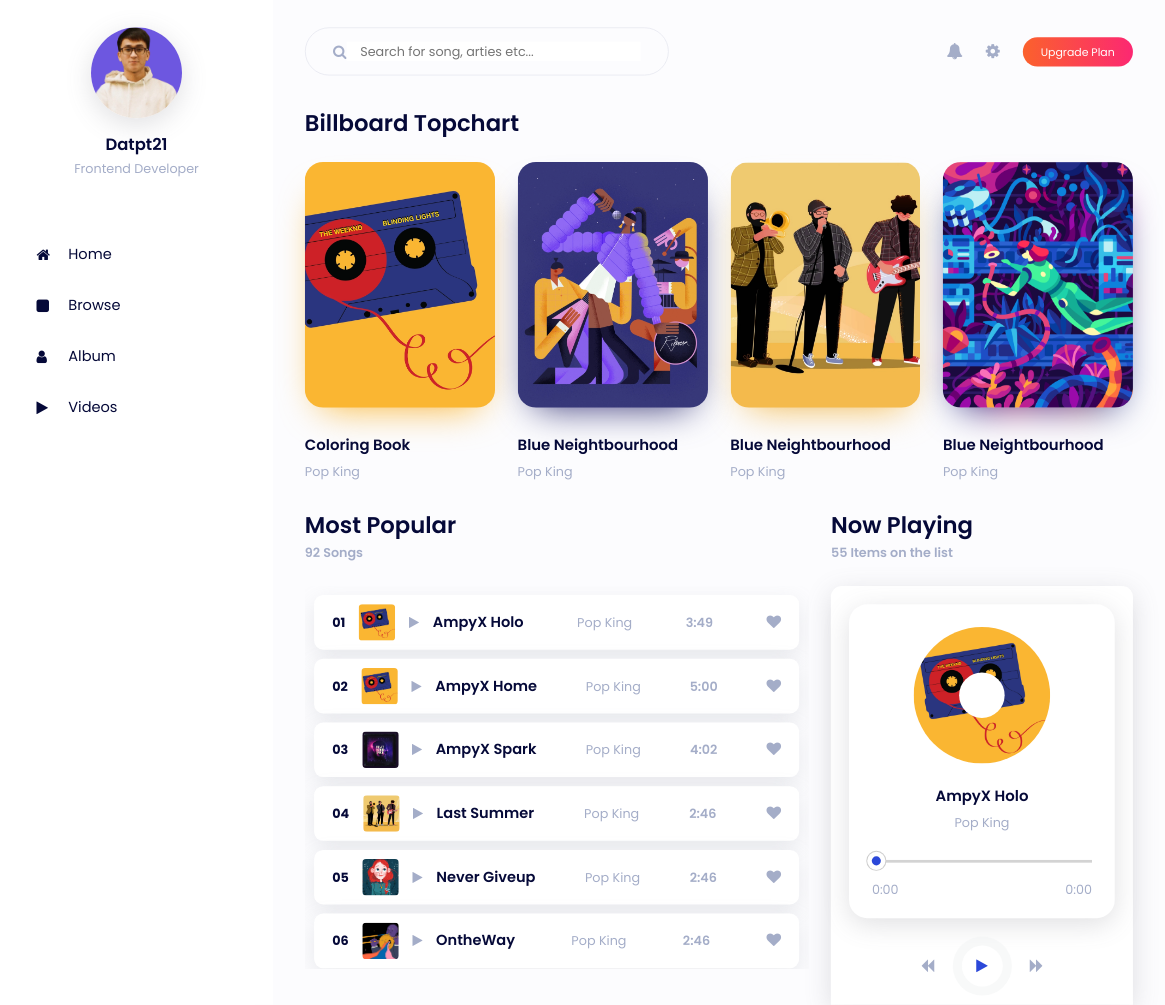
Repository: Datt21/music-webapp
Page: index.html
These files come from the project's save history. The page is drawn as it stood at one moment and after the next save; the edit follows.
The browser window is 1280 px wide. The pictures show the whole page, at 91% of full size.
The style sheet was rebuilt from its Sass, Less or Tailwind sources for each picture, by a compiler version that may differ from the author's.

Above is the page before, as saved 2021-09-18 18:55:11.

### index.html
<!DOCTYPE html>
<html lang="en">
  <head>
    <meta charset="UTF-8" />
   <meta http-equiv="X-UA-Compatible" content="IE=edge" />
    <meta name="viewport" content="width=device-width, initial-scale=1.0" />
    <title>Music player</title>
    <link rel="preconnect" href="https://fonts.gstatic.com" />
    <link
      href="https://fonts.googleapis.com/css2?family=Poppins:wght@300;400;600;700&display=swap"
      rel="stylesheet"
    />
    <link
      rel="stylesheet"
      href="https://stackpath.bootstrapcdn.com/font-awesome/4.7.0/css/font-awesome.min.css"
    />
    <link rel="stylesheet" href="./app.css" />
  </head>
  <body>
    <div class="wrapper">
      <div class="sidebar">
        <div class="profile">
          <img
            src="./images/img-me.jpg"
            alt=""
            class="profile-avatar"
          />
          <h3 class="profile-name">Datpt21</h3>
          <span class="profile-position">Frontend Developer</span>
        </div>
        <ul class="menu">
          <li class="menu-item">
            <a href="#" class="menu-link"
              ><i class="fa fa-home menu-icon"></i><span>Home</span></a
            >
          </li>
          <li class="menu-item">
            <a href="#" class="menu-link"
              ><i class="fa fa-square menu-icon"></i><span>Browse</span></a
            >
          </li>
          <li class="menu-item">
            <a href="#" class="menu-link"
              ><i class="fa fa-user menu-icon"></i><span>Album</span></a
            >
          </li>
          <li class="menu-item">
            <a href="#" class="menu-link"
              ><i class="fa fa-play menu-icon"></i><span>Videos</span></a
            >
          </li>
        </ul>
      </div>
      <div class="main">
        <div class="header">
          <div class="search">
            <i class="search-icon fa fa-search"></i>
            <input
              type="text"
              inputmode="search"
              placeholder="Search for song, arties etc..."
              class="search-input"
            />
          </div>
          <div class="tool">
            <i class="fa fa-bell tool-icon"></i>
            <i class="tool-icon fa fa-cog"></i>
            <a href="#" class="upgrade">Upgrade plan</a>
          </div>
        </div>
        <div class="block-box">
          <h2 class="heading">Billboard Topchart</h2>
        </div>
        <div class="billboard-list">
          <div class="billboard-item">
            <div class="billboard-media">
              <img
                src="./images/diadon.jpg"
                alt="billboard image"
                class="billboard-image"
              />
              <img
                src="./images/diadon.jpg"
                alt="billboard image"
                class="billboard-image-shadow"
              />
            </div>
            <h3 class="billboard-title title">Coloring Book</h3>
            <a href="#" class="billboard-author author">Pop King</a>
          </div>
          <div class="billboard-item">
            <div class="billboard-media">
              <img
                src="./images/musicsingle.jpg"
                alt="billboard image"
                class="billboard-image"
              />
              <img
                src="./images/musicsingle.jpg"
                alt="billboard image"
                class="billboard-image-shadow"
              />
            </div>
            <h3 class="billboard-title title">Blue neightbourhood</h3>
            <a href="#" class="billboard-author author">Pop King</a>
          </div>
          <div class="billboard-item">
            <div class="billboard-media">
              <img
                src="./images/musicband.jpg"
                alt="billboard image"
                class="billboard-image"
              />
              <img
                src="./images/musicband.jpg"
                alt="billboard image"
                class="billboard-image-shadow"
              />
            </div>
            <h3 class="billboard-title title">Blue neightbourhood</h3>
            <a href="#" class="billboard-author author">Pop King</a>
          </div>
          <div class="billboard-item">
            <div class="billboard-media">
              <img
                src="./images/topic.png"
                alt="billboard image"
                class="billboard-image"
              />
              <img
                src="./images/topic.png"
                alt="billboard image"
                class="billboard-image-shadow"
              />
            </div>
            <h3 class="billboard-title title">Blue neightbourhood</h3>
            <a href="#" class="billboard-author author">Pop King</a>
          </div>
        </div>
        <div class="content">
          <div class="content-item">
            <div class="block-box">
              <h2 class="heading">Most popular</h2>
              <span class="count">92 Songs</span>
            </div>
            <div class="song-list">

            <div class="song" data-index="0">
              <span class="song-index">01</span>
              <img
                src="./images/diadon.jpg"
                alt=""
                class="song-image"
              />
              <i class="fa fa-play song-play"></i>
              <h4 class="song-title">AmpyX Holo</h4>
              <h5 class="song-album">Pop King</h5>
              <time class="song-time">3:49</time>
              <label for="love" class="song-love">
                <input type="checkbox" name="love" id="love" />
                <i class="fa fa-heart song-heart"></i>
              </label>
            </div>
            <div class="song" data-index="1">
              <span class="song-index">02</span>
              <img
                src="./images/diadon.jpg"
                alt=""
                class="song-image"
              />
              <i class="fa fa-play song-play"></i>
              <h4 class="song-title">AmpyX Home</h4>
              <h5 class="song-album">Pop King</h5>
              <time class="song-time">5:00</time>
              <label for="love1" class="song-love">
                <input type="checkbox" name="love" id="love1" />
                <i class="fa fa-heart song-heart"></i>
              </label>
            </div>
            <div class="song" data-index="2">
              <span class="song-index">03</span>
              <img
                src="./images/Beat.jpg"
                alt=""
                class="song-image"
              />
              <i class="fa fa-play song-play"></i>
              <h4 class="song-title">AmpyX Spark</h4>
              <h5 class="song-album">Pop King</h5>
              <time class="song-time">4:02</time>
              <label for="love2" class="song-love">
                <input type="checkbox" name="love" id="love2" />
                <i class="fa fa-heart song-heart"></i>
              </label>
            </div>
            <div class="song" data-index="3">
              <span class="song-index">04</span>
              <img
                src="./images/musicband.jpg"
                alt=""
                class="song-image"
              />
              <i class="fa fa-play song-play"></i>
              <h4 class="song-title">Last Summer</h4>
              <h5 class="song-album">Pop King</h5>
              <time class="song-time">2:46</time>
              <label for="love3" class="song-love">
                <input type="checkbox" name="love" id="love3" />
                <i class="fa fa-heart song-heart"></i>
              </label>
            </div>
            <div class="song" data-index="4">
              <span class="song-index">05</span>
              <img
                src="./images/Anne.jpg"
                alt=""
                class="song-image"
              />
              <i class="fa fa-play song-play"></i>
              <h4 class="song-title">Never Giveup</h4>
              <h5 class="song-album">Pop King</h5>
              <time class="song-time">2:46</time>
              <label for="love3" class="song-love">
                <input type="checkbox" name="love" id="love3" />
                <i class="fa fa-heart song-heart"></i>
              </label>
            </div>
            <div class="song" data-index="5">
              <span class="song-index">06</span>
              <img
                src="./images/single.jpg"
                alt=""
                class="song-image"
              />
              <i class="fa fa-play song-play"></i>
              <h4 class="song-title">OntheWay </h4>
              <h5 class="song-album">Pop King</h5>
              <time class="song-time">2:46</time>
              <label for="love3" class="song-love">
                <input type="checkbox" name="love" id="love3" />
                <i class="fa fa-heart song-heart"></i>
              </label>
            </div>
          </div>

          </div>
          <div class="content-item">
            <div class="block-box">
              <h2 class="heading">Now playing</h2>
              <span class="count">55 Items on the list</span>
            </div>
            <div class="player">
              <div class="player-box">
                <div class="player-media">
                  <img
                    src="./images/diadon.jpg"
                    alt=""
                    class="player-image"
                  />
                  </div>
                  <h3 class="player-title title">AmpyX Holo</h3>
                  <span class="player-author author">Pop King</span>
                  <div class="progress">
                    <input
                        type="range"
                        id="progress-bar"
                        min="0"
                        max=""
                        value="0"
                        class="bar"
                    />
                    <audio src="./files/holo.mp3" id="song"></audio>
                  </div>
                  <div class="player-number">
                    <span class="player-duration">0:00</span>
                    <span class="player-remaining">0:00</span>
                  </div>
                </div>
                <div class="player-tool">
                  <i class="fa fa-backward player-prev"></i>
                  <i class="fa fa-play player-play"></i>
                  <i class="fa fa-forward player-next"></i>
                </div>
              </div>
            </div>
          </div>
        </div>
      </div>
    </div>
    <script src="./app.js"></script>
  </body>
</html>

### app.scss
$gray: #050938;
$gray-light: #a4adc8;
$primary: #2b48d9;
$orange: #fb612c;
$red: #fc2872;
html {
    box-sizing: border-box;
}
* {
    margin: 0;
    padding: 0;
}
*,
*:before,
*:after {
    box-sizing: border-box;
}
input,
textarea,
select,
button {
    outline: none;
    font-family: "Poppins", sans-serif;
    font-size: 14px;
    line-height: normal;
}
input {
    line-height: normal;
}
label,
button {
    cursor: pointer;
}
a {
    text-decoration: none;
}
img {
    display: block;
    max-width: 100%;
}
ul {
    list-style: none;
}
body {
    font-family: "Poppins", sans-serif;
    font-size: 14px;
    line-height: 1;
    background-color: white;
    color: $gray-light;
    -webkit-font-smoothing: antialiased;
    -moz-osx-font-smoothing: grayscale;
    max-width: 1920px;
    margin: 0 auto;
}
.wrapper {
    display: grid;
    grid-template-columns: 300px 1fr;
    grid-gap: 0;
    background-color: #fcfcfe;
    min-height: 100vh;
}
.sidebar {
    padding: 30px;
    background-color: white;
}
.profile {
    text-align: center;
    margin-bottom: 70px;
    &-avatar {
        width: 100px;
        height: 100px;
        border-radius: 100rem;
        object-fit: cover;
        margin: 0 auto 20px;
        box-shadow: rgba(100, 100, 111, 0.2) 0px 7px 29px 0px;
    }
    &-name {
        font-weight: 600;
        font-size: 18px;
        color: $gray;
        margin-bottom: 10px;
    }
}
.menu {
    &-item {
        margin-bottom: 20px;
    }
    &-link {
        display: flex;
        align-items: center;
        padding: 10px;
        color: $gray;
        font-size: 16px;
    }
    &-link:hover {
        color: $primary;
    }
    &-icon {
        width: 20px;
        margin-right: 15px;
    }
}
.main {
    padding: 30px 35px 0;
}
.header {
    display: flex;
    justify-content: space-between;
    align-items: center;
    margin-bottom: 40px;
}
.search {
    padding: 15px 30px;
    border: 1px solid #e9ebf2;
    border-radius: 100px;
    display: flex;
    align-items: center;
    width: 100%;
    max-width: 400px;
}
.search-icon {
    flex: 1;
    font-size: 16px;
}
.search-input {
    border: 0;
    outline: none;
    width: 100%;
    padding: 0 15px;
}
.tool {
    font-size: 18px;
    display: flex;
    align-items: center;
}
.tool-icon {
    margin-right: 25px;
}
.upgrade {
    display: inline-block;
    padding: 10px 20px;
    color: white;
    text-align: center;
    background-image: linear-gradient(to right, $orange, $red);
    border-radius: 50px;
    font-size: 12px;
    text-transform: capitalize;
}
.block-box {
    margin-bottom: 30px;
}
.heading {
    font-size: 25px;
    color: $gray;
    margin-bottom: 10px;
    font-weight: 600;
    text-transform: capitalize;
}
.count {
    font-weight: 600;
}
.billboard-list {
    display: grid;
    grid-template-columns: repeat(4, 1fr);
    grid-gap: 25px;
    margin-bottom: 40px;
}
.billboard-media {
    position: relative;
}
.billboard-image {
    width: 100%;
    height: 270px;
    border-radius: 20px;
    object-fit: cover;
    // box-shadow: rgba(100, 100, 111, 0.2) 0px 7px 29px 0px;
    margin-bottom: 30px;
    position: relative;
    z-index: 2;
}
.billboard-image-shadow {
    position: absolute;
    top: 20px;
    left: 0;
    filter: blur(24px);
    width: 100%;
    height: 100%;
    border-radius: 20px;
    transform: scale(0.85);
}
.title {
    margin-bottom: 10px;
    color: $gray;
    font-weight: 600;
    text-transform: capitalize;
    display: -webkit-box;
    -webkit-line-clamp: 1;
    -webkit-box-orient: vertical;
    overflow: hidden;
    text-overflow: ellipsis;
    word-break: break-word;
    line-height: 1.4;
}
.author {
    text-transform: capitalize;
    color: $gray-light;
}
.content {
    display: grid;
    grid-template-columns: 2fr 1.2fr;
    grid-gap: 25px;
}
.song {
    padding: 10px 20px;
    background-color: white;
    border-radius: 10px;
    box-shadow: rgba(149, 157, 165, 0.2) 0px 8px 24px;
    display: flex;
    align-items: center;
    margin-bottom: 10px;
    cursor: pointer;
}
.song *:not(.song-love) {
    pointer-events: none;
}
.song-list {
    padding: 10px;
    max-height: 420px;
    overflow-y: auto;
    -ms-overflow-style: none;
    scrollbar-width: none;
    &::-webkit-scrollbar {
        display: none;
    }
}
.song-index {
    font-weight: bold;
    color: $gray;
    margin-right: 15px;
}
.song-image {
    width: 40px;
    height: 40px;
    border-radius: 4px;
    object-fit: cover;
    flex-shrink: 0;
}
.song-play {
    margin: 0 15px;
}
.song-title {
    font-weight: 600;
    font-size: 16px;
    color: $gray;
}
.song-album {
    font-weight: 400;
    font-size: 14px;
    margin-left: auto;
}
.song-time {
    margin: 0 auto;
    font-weight: 400;
    font-weight: 600;
}
.song-love {
    cursor: pointer;
    font-size: 16px;
    input {
        display: none;
    }
    input:checked + .song-heart {
        color: $red;
    }
}
.player {
    background-color: white;
    padding: 20px;
    border-radius: 12px 12px 0 0;
    box-shadow: rgba(100, 100, 111, 0.2) 0px 7px 29px 0px;
}
.player-box {
    box-shadow: rgba(100, 100, 111, 0.2) 0px 7px 29px 0px;
    padding: 25px;
    display: flex;
    align-items: center;
    justify-content: center;
    flex-direction: column;
    text-align: center;
    border-radius: 20px;
    max-width: 300px;
    margin: 0 auto 30px;
}
.player-media {
    position: relative;
    width: 150px;
    height: 150px;
    border-radius: 100rem;
    margin-bottom: 25px;
    &:before {
        content: "";
        width: 50px;
        height: 50px;
        background-color: white;
        border-radius: 100px;
        position: absolute;
        top: 50%;
        left: 50%;
        transform: translate(-50%, -50%);
        z-index: 10;
    }
}
.player-image {
    width: 100%;
    height: 100%;
    object-fit: cover;
    border-radius: inherit;
}
.player-image.is-playing {
    animation: rotate 10s forwards infinite linear;
}
@keyframes rotate {
    to {
        transform: rotate(360deg);
    }
}
.player-title.title {
    width: 100%;
    align-self: stretch;
}
.progress {
    margin-bottom: 20px;
    margin-top: 25px;
}
.player-number {
    display: flex;
    justify-content: space-between;
    align-items: center;
    width: 100%;
}
.player-tool {
    display: flex;
    justify-content: center;
    align-items: center;
}
.player-play {
    color: $primary;
    width: 45px;
    height: 45px;
    border-radius: 100rem;
    display: flex;
    justify-content: center;
    align-items: center;
    cursor: pointer;
    background-color: white;
    box-shadow: 0 0 0 10px rgba(#f2f3f4, 0.5);
    font-size: 16px;
    margin: 0 30px;
}
.player-next,
.player-prev {
    cursor: pointer;
    font-size: 16px;
}
.progress {
    width: 100%;
    position: relative;
}
.bar {
    -webkit-appearance: none;
    width: 100%;
    height: 3px;
    background: #d3d3d3;
    outline: none;
    -webkit-transition: 0.2s;
    transition: opacity 0.2s;
}
.bar::-webkit-slider-thumb {
    -webkit-appearance: none;
    appearance: none;
    width: 10px;
    height: 10px;
    border-radius: 100rem;
    background-color: $primary;
    box-shadow: 0 0 0 5px white, 0 0 0 6px #ccc;
}

.bar::-moz-range-thumb {
    cursor: pointer;
    width: 10px;
    height: 10px;
    border-radius: 100rem;
    background-color: $primary;
    box-shadow: 0 0 0 5px white, 0 0 0 6px #ccc;
}
@media screen and (max-width: 1279px) {
    .sidebar {
        display: none;
    }
    .wrapper {
        display: block;
    }
    .content {
        grid-template-columns: 100%;
        grid-row-gap: 50px;
    }
    .header {
        display: grid;
        grid-template-columns: 100%;
        grid-gap: 30px 0;
    }
}
@media screen and (max-width: 1023px) {
    .billboard-list {
        display: grid;
        justify-content: flex-start;
        grid-auto-columns: 60%;
        grid-auto-flow: column;
        grid-gap: 1.5rem;
        overflow: auto;
        overflow-y: hidden;
        scroll-snap-type: x mandatory;
        scroll-snap-stop: always;
        -ms-touch-action: manipulation;
        touch-action: manipulation;
        -webkit-overflow-scrolling: touch;
        scroll-padding: 1rem;
        padding: 20px;
        grid-template-columns: unset;
        &::-webkit-scrollbar {
            display: none;
            width: 0;
        }
        & > * {
            scroll-snap-align: start;
        }
    }
    .song-list {
        max-height: unset;
        overflow: unset;
        padding: 0;
    }
    .main {
        padding: 20px 20px 0;
    }
    .song-title,
    .song-album {
        display: -webkit-box;
        -webkit-line-clamp: 1;
        -webkit-box-orient: vertical;
        overflow: hidden;
        text-overflow: ellipsis;
        word-break: break-word;
        max-width: 100px;
    }
    .song-album {
        max-width: 50px;
    }
    .heading {
        font-size: 20px;
    }
    .title {
        font-size: 14px;
    }
    .author {
        font-size: 12px;
    }
}

Loaded but not shown: app.js (121 lines, source omitted)

After the next save:
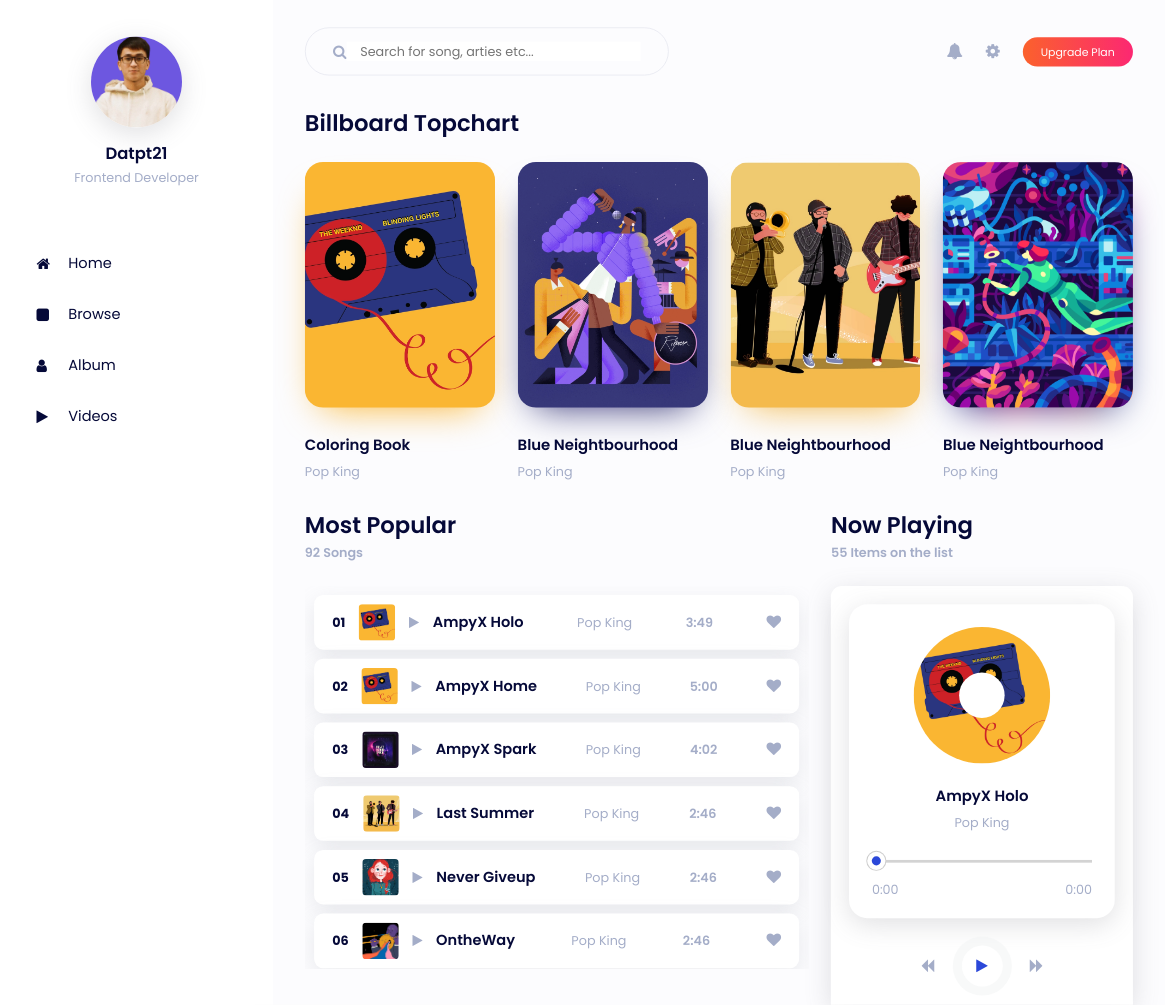
Saved 114 s later.
--- a/app.scss
+++ b/app.scss
@@ -71,7 +71,7 @@
         height: 100px;
         border-radius: 100rem;
         object-fit: cover;
-        margin: 0 auto 20px;
+        margin: 10px auto 20px;
         box-shadow: rgba(100, 100, 111, 0.2) 0px 7px 29px 0px;
     }
     &-name {

After the save that followed:
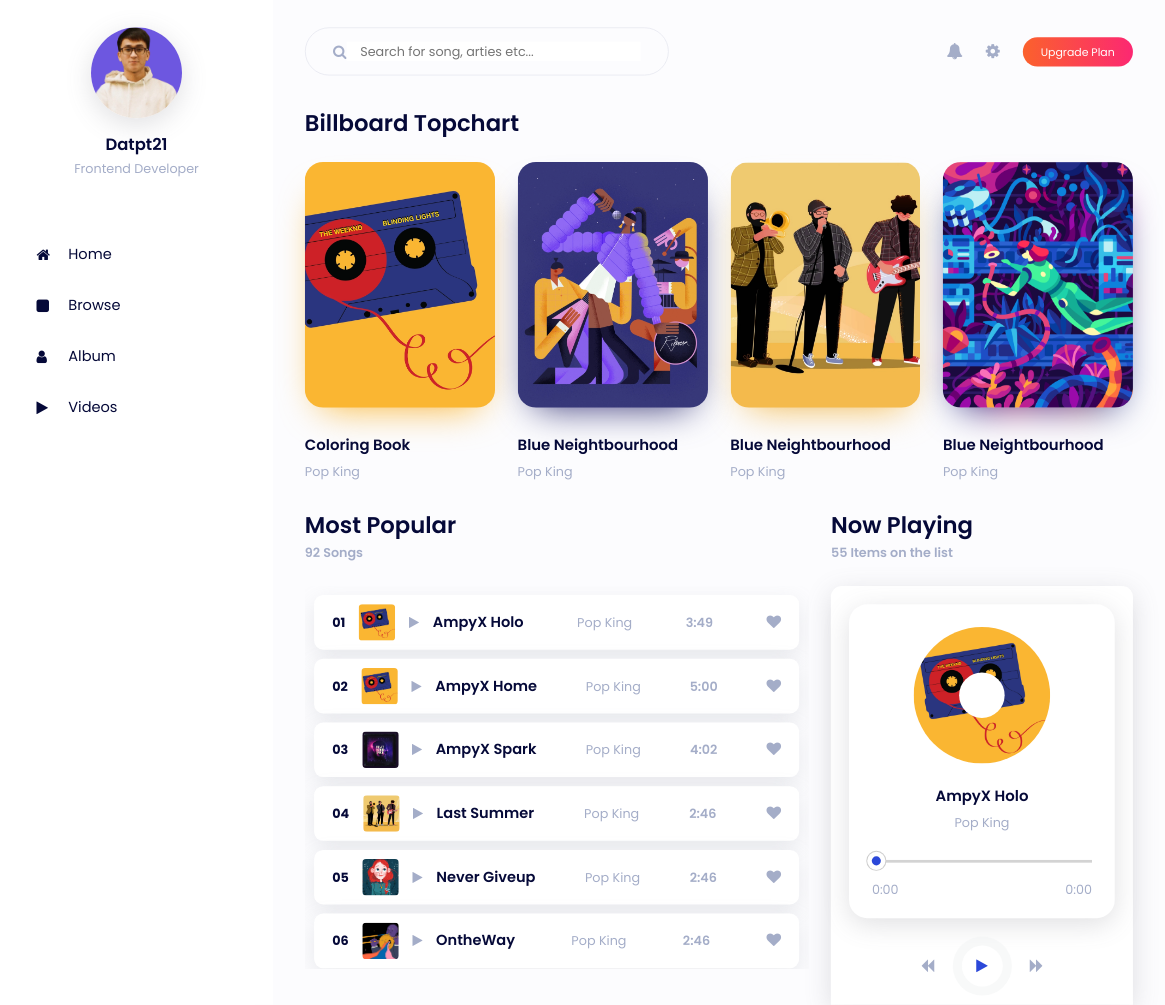
Saved 12 s later.
--- a/app.scss
+++ b/app.scss
@@ -71,7 +71,7 @@
         height: 100px;
         border-radius: 100rem;
         object-fit: cover;
-        margin: 10px auto 20px;
+        margin: 0 auto 20px;
         box-shadow: rgba(100, 100, 111, 0.2) 0px 7px 29px 0px;
     }
     &-name {
